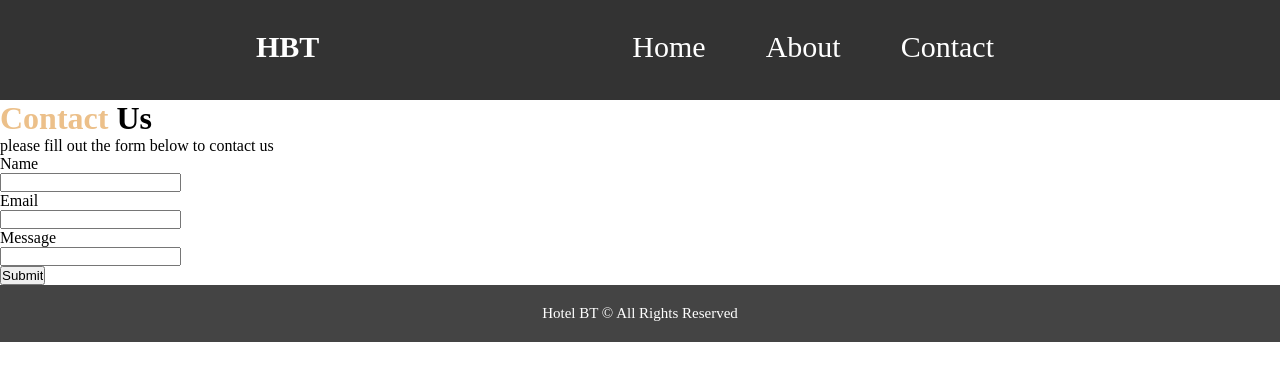
Repository: reemoon-ctrl/hotel-website
Page: 35 - hotel-website/contact.html
These files come from the project's save history. The page is drawn as it stood at one moment and after a run of saves; the edit follows.
The browser window is 1280 px wide. The pictures show the whole page.

Above is the page before, as saved 2024-07-22 09:30:46.

After the next 2 saves:
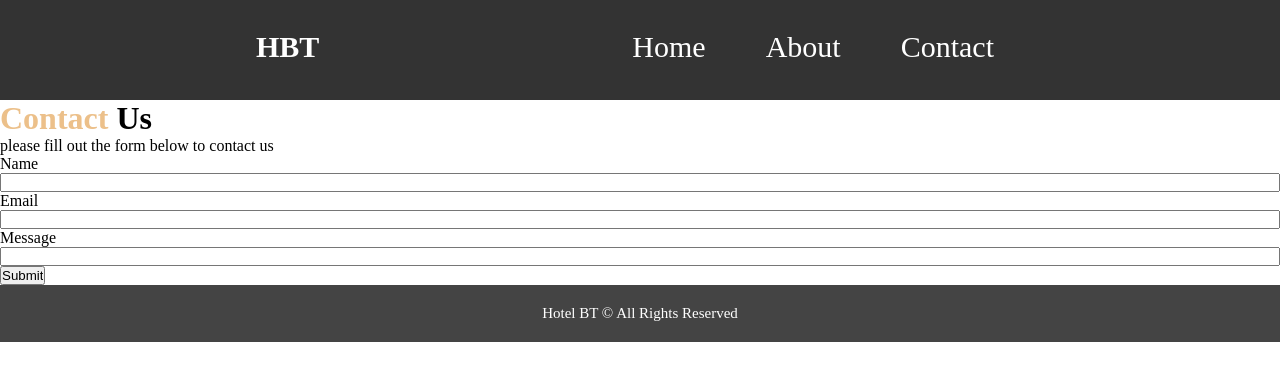
The 2 saves are shown as one change because they came seconds apart.
The last was saved 8 s later.
--- a/35 - hotel-website/index.css
+++ b/35 - hotel-website/index.css
@@ -277,5 +277,5 @@ color: #333333;
     display: block;
 }
 .form-label input{
-    width:auto;
-}
+    width:100%;
+}
